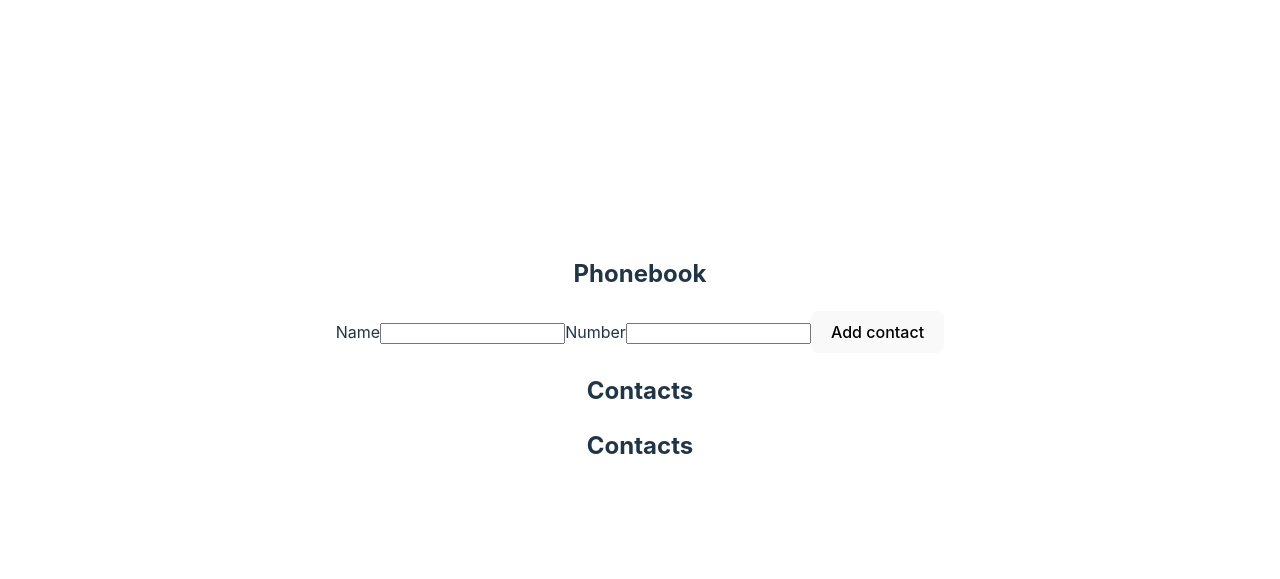
Repository: MagdalenaTyminska/React-Project-2
Page: /
The author's editor kept a copy of each file at every save. The page is drawn from the files as they stood at one save, then again after the next save.
The browser window is 1280 px wide. The pictures show the whole page.
The project was rebuilt for these pictures with package versions that can differ from the ones it lists, and the page was loaded fresh each time. Also part of the build but not shown: vite.config.ts.

Above is the page before, as saved 2024-11-06 22:22:05.

### index.html
<!DOCTYPE html>
<html lang="en">
	<head>
		<meta charset="UTF-8" />
		<link rel="icon" type="image/svg+xml" href="/vite.svg" />
		<meta name="viewport" content="width=device-width, initial-scale=1.0" />
		<title>Project-2</title>
	</head>
	<body>
		<div id="root"></div>
		<script type="module" src="/src/main.tsx"></script>
	</body>
</html>

### src/main.tsx
import React from 'react';
import ReactDOM from 'react-dom/client';
import { App } from './App.tsx';
import './index.css';

ReactDOM.createRoot(document.getElementById('root')!).render(
	<React.StrictMode>
		<App />
	</React.StrictMode>
);

### src/App.tsx
import './App.css';
import { Component } from 'react';
import { Section } from './Section/Section';
import { Form } from './Form/Form';
import { ContactList } from './ContactList/ContactList';
import { Contact } from './Form/Form';

class App extends Component {
	state = {
		contacts: [] as Contact[],
	};

	// Funkcja do dodawania nowego kontaktu
	addContact = (newContact: Contact) => {
		this.setState((prevState) => ({
			contacts: [...prevState.contacts, newContact],
		}));
	};

	render() {
		return (
			<div>
				<Section title='Phonebook'>
					<Form addContact={this.addContact} />
				</Section>
				<Section title='Contacts'>
					<ContactList contacts={this.state.contacts} />
				</Section>
			</div>
		);
	}
}

export { App };

### src/Section/Section.tsx
import { Component, ReactNode } from 'react';

type SectionProps = {
	title: string;
	children: ReactNode;
};

export class Section extends Component<SectionProps> {
	render() {
		const { title, children } = this.props;

		return (
			<section>
				<h2>{title}</h2>
				{children}
			</section>
		);
	}
}

### src/Form/Form.tsx
import { Component } from 'react';
import { Input } from './Input/Input';
import { nanoid } from 'nanoid';
import users from '../users.json';

interface Contact {
	id: string;
	name: string;
	number: string;
}

interface FormState {
	name: string;
	number: string;
}

interface FormProps {
	addContact: (newContact: Contact) => void;
}

export class Form extends Component<FormProps, FormState> {
	state: FormState = {
		name: '',
		number: '',
	};

	handleChange = (event: React.ChangeEvent<HTMLInputElement>): void => {
		const { name, value } = event.target;
		this.setState({
			[name]: value,
		} as Pick<FormState, 'name' | 'number'>);
	};

	handleSubmit = (event: React.FormEvent): void => {
		event.preventDefault();
		const { name, number } = this.state;

		const newContact: Contact = {
			id: nanoid(),
			name,
			number,
		};

		// Przekazujemy nowy kontakt do App
		this.props.addContact(newContact);

		this.setState({
			name: '',
			number: '',
		});
	};

	render() {
		const { name, number } = this.state;

		return (
			<form onSubmit={this.handleSubmit}>
				<Input
					label='Name'
					type='text'
					name='name'
					pattern="^[a-zA-Zа-яА-Я]+(([' -][a-zA-Zа-яА-Я])?[a-zA-Zа-яА-Я]*)*$"
					title='Name may contain only letters, apostrophe, dash and spaces.'
					required
					value={name}
					onChange={this.handleChange}
				/>
				<Input
					label='Number'
					type='tel'
					name='number'
					pattern='\+?\d{1,4}?[-.\s]?\(?\d{1,3}?\)?[-.\s]?\d{1,4}[-.\s]?\d{1,4}[-.\s]?\d{1,9}'
					title='Phone number must be digits and can contain spaces, dashes, parentheses and can start with +'
					required
					value={number}
					onChange={this.handleChange}
				/>
				<button type='submit'>Add contact</button>
			</form>
		);
	}
}

### src/ContactList/ContactList.tsx
import { Component } from 'react';

interface Contact {
	id: string;
	name: string;
	number: string;
}

interface ContactListProps {
	contacts: Contact[];
}

export class ContactList extends Component<ContactListProps> {
	render() {
		const { contacts } = this.props;

		return (
			<>
				<h2>Contacts</h2>
				<ul>
					{contacts.map((contact) => (
						<li key={contact.id}>
							{contact.name}: {contact.number}
						</li>
					))}
				</ul>
			</>
		);
	}
}

### src/Form/Input/Input.tsx
import { Component } from 'react';

type InputProps = {
	label: string;
	type: string;
	name: string;
	pattern: string;
	title: string;
	required: boolean;
	value: string;
	onChange: (event: React.ChangeEvent<HTMLInputElement>) => void;
};

export class Input extends Component<InputProps> {
	render() {
		const { label, type, name, pattern, title, required, onChange, value } = this.props;

		return (
			<>
				<label>{label}</label>
				<input type={type} name={name} pattern={pattern} title={title} required={required} onChange={onChange} value={value} />
			</>
		);
	}
}

### src/users.json
[
    {
        "id": "id-1",
        "name": "Rosie Simpson",
        "number": "459-12-56"
    },
    {
        "id": "id-2",
        "name": "Hermione Kline",
        "number": "443-89-12"
    },
    {
        "id": "id-3",
        "name": "Eden Clements",
        "number": "645-17-79"
    },
    {
        "id": "id-4",
        "name": "Annie Copeland",
        "number": "227-91-26"
    }
]

Loaded but not shown: src/index.css (common file); src/App.css (common file)

After the next save:
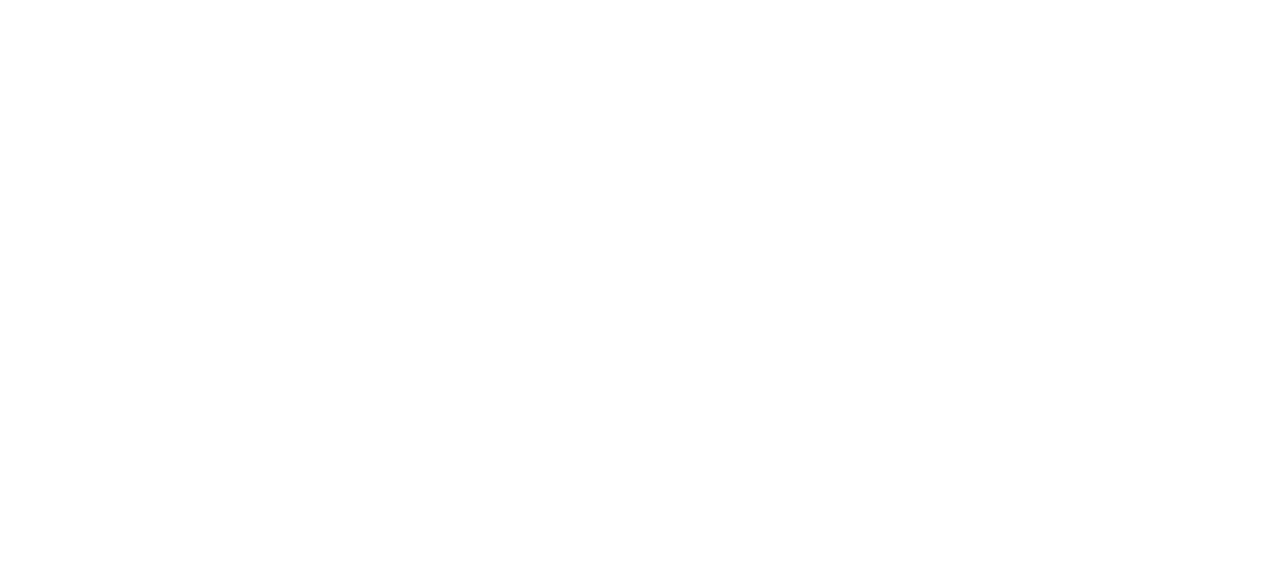
Console error: ReferenceError: Component is not defined
Saved 45 s later.
--- a/src/ContactList/ContactList.tsx
+++ b/src/ContactList/ContactList.tsx
@@ -1,11 +1,3 @@
-import { Component } from 'react';
-
-interface Contact {
-	id: string;
-	name: string;
-	number: string;
-}
-
 interface ContactListProps {
 	contacts: Contact[];
 }
@@ -13,18 +5,14 @@
 export class ContactList extends Component<ContactListProps> {
 	render() {
 		const { contacts } = this.props;
-
 		return (
-			<>
-				<h2>Contacts</h2>
-				<ul>
-					{contacts.map((contact) => (
-						<li key={contact.id}>
-							{contact.name}: {contact.number}
-						</li>
-					))}
-				</ul>
-			</>
+			<ul>
+				{contacts.map((contact) => (
+					<li key={contact.id}>
+						{contact.name}: {contact.number}
+					</li>
+				))}
+			</ul>
 		);
 	}
 }

After the 5 saves that followed:
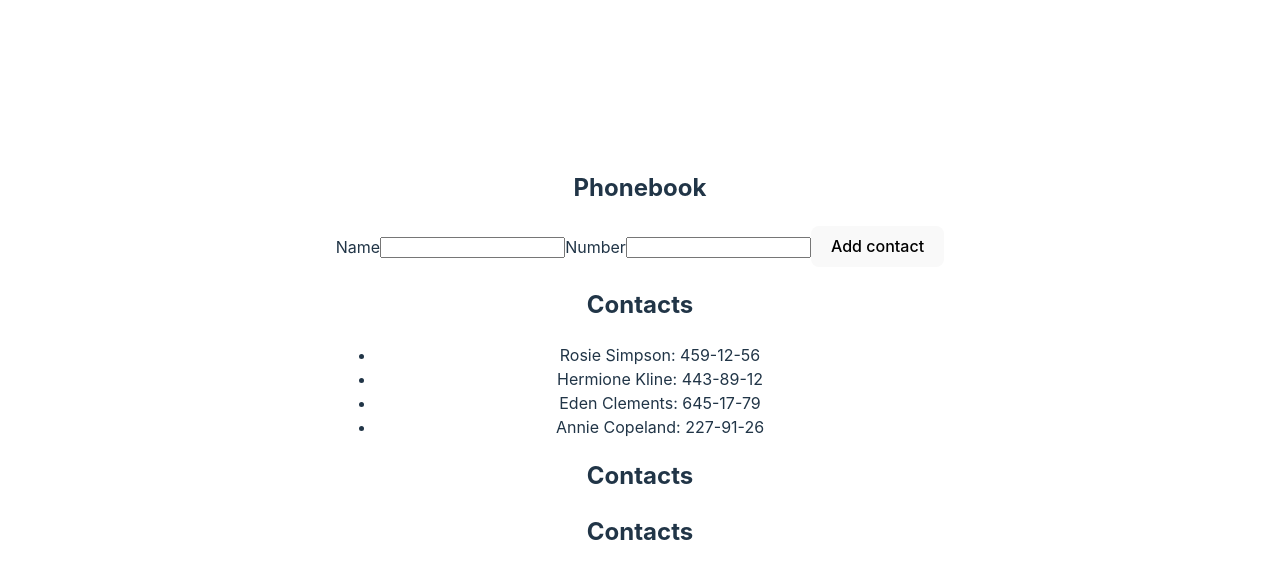
The error is gone.
The 5 saves are shown as one change because 1 did not build or start and 3 left the picture as it was.
The last was saved 111 s later.
--- a/src/App.tsx
+++ b/src/App.tsx
@@ -3,11 +3,11 @@
 import { Section } from './Section/Section';
 import { Form } from './Form/Form';
 import { ContactList } from './ContactList/ContactList';
-import { Contact } from './Form/Form';
+import { Contact } from './Form/Form'; // zaimportuj interfejs Contact, jeśli nie jest zaimportowany
 
 class App extends Component {
 	state = {
-		contacts: [] as Contact[],
+		contacts: [] as Contact[], // Inicjalizuj stan kontaktów
 	};
 
 	// Funkcja do dodawania nowego kontaktu
@@ -21,10 +21,10 @@
 		return (
 			<div>
 				<Section title='Phonebook'>
-					<Form addContact={this.addContact} />
+					<Form addContact={this.addContact} /> {/* Przekazujemy addContact jako prop */}
 				</Section>
 				<Section title='Contacts'>
-					<ContactList contacts={this.state.contacts} />
+					<ContactList contacts={this.state.contacts} /> {/* Przekazujemy kontakty */}
 				</Section>
 			</div>
 		);
--- a/src/Form/Form.tsx
+++ b/src/Form/Form.tsx
@@ -10,16 +10,14 @@
 }
 
 interface FormState {
+	contacts: Contact[];
 	name: string;
 	number: string;
 }
 
-interface FormProps {
-	addContact: (newContact: Contact) => void;
-}
-
-export class Form extends Component<FormProps, FormState> {
+export class Form extends Component<{}, FormState> {
 	state: FormState = {
+		contacts: users as Contact[],
 		name: '',
 		number: '',
 	};
@@ -33,7 +31,12 @@
 
 	handleSubmit = (event: React.FormEvent): void => {
 		event.preventDefault();
-		const { name, number } = this.state;
+		const { name, number, contacts } = this.state;
+
+		if (contacts.some((contact) => contact.name === name)) {
+			alert(`${name} is already in contacts.`);
+			return;
+		}
 
 		const newContact: Contact = {
 			id: nanoid(),
@@ -41,42 +44,51 @@
 			number,
 		};
 
-		// Przekazujemy nowy kontakt do App
-		this.props.addContact(newContact);
-
-		this.setState({
+		this.setState((prevState) => ({
+			contacts: [...prevState.contacts, newContact],
 			name: '',
 			number: '',
-		});
+		}));
 	};
 
 	render() {
 		const { name, number } = this.state;
 
 		return (
-			<form onSubmit={this.handleSubmit}>
-				<Input
-					label='Name'
-					type='text'
-					name='name'
-					pattern="^[a-zA-Zа-яА-Я]+(([' -][a-zA-Zа-яА-Я])?[a-zA-Zа-яА-Я]*)*$"
-					title='Name may contain only letters, apostrophe, dash and spaces.'
-					required
-					value={name}
-					onChange={this.handleChange}
-				/>
-				<Input
-					label='Number'
-					type='tel'
-					name='number'
-					pattern='\+?\d{1,4}?[-.\s]?\(?\d{1,3}?\)?[-.\s]?\d{1,4}[-.\s]?\d{1,4}[-.\s]?\d{1,9}'
-					title='Phone number must be digits and can contain spaces, dashes, parentheses and can start with +'
-					required
-					value={number}
-					onChange={this.handleChange}
-				/>
-				<button type='submit'>Add contact</button>
-			</form>
+			<>
+				<form onSubmit={this.handleSubmit}>
+					<Input
+						label='Name'
+						type='text'
+						name='name'
+						pattern="^[a-zA-Zа-яА-Я]+(([' -][a-zA-Zа-яА-Я])?[a-zA-Zа-яА-Я]*)*$"
+						title='Name may contain only letters, apostrophe, dash and spaces.'
+						required
+						value={name}
+						onChange={this.handleChange}
+					/>
+					<Input
+						label='Number'
+						type='tel'
+						name='number'
+						pattern='\+?\d{1,4}?[-.\s]?\(?\d{1,3}?\)?[-.\s]?\d{1,4}[-.\s]?\d{1,4}[-.\s]?\d{1,9}'
+						title='Phone number must be digits and can contain spaces, dashes, parentheses and can start with +'
+						required
+						value={number}
+						onChange={this.handleChange}
+					/>
+					<button type='submit'>Add contact</button>
+				</form>
+
+				<h2>Contacts</h2>
+				<ul>
+					{this.state.contacts.map((contact) => (
+						<li key={contact.id}>
+							{contact.name}: {contact.number}
+						</li>
+					))}
+				</ul>
+			</>
 		);
 	}
 }
--- a/src/ContactList/ContactList.tsx
+++ b/src/ContactList/ContactList.tsx
@@ -1,3 +1,11 @@
+import { Component } from 'react';
+
+interface Contact {
+	id: string;
+	name: string;
+	number: string;
+}
+
 interface ContactListProps {
 	contacts: Contact[];
 }
@@ -5,14 +13,18 @@
 export class ContactList extends Component<ContactListProps> {
 	render() {
 		const { contacts } = this.props;
+
 		return (
-			<ul>
-				{contacts.map((contact) => (
-					<li key={contact.id}>
-						{contact.name}: {contact.number}
-					</li>
-				))}
-			</ul>
+			<>
+				<h2>Contacts</h2>
+				<ul>
+					{contacts.map((contact) => (
+						<li key={contact.id}>
+							{contact.name}: {contact.number}
+						</li>
+					))}
+				</ul>
+			</>
 		);
 	}
 }
